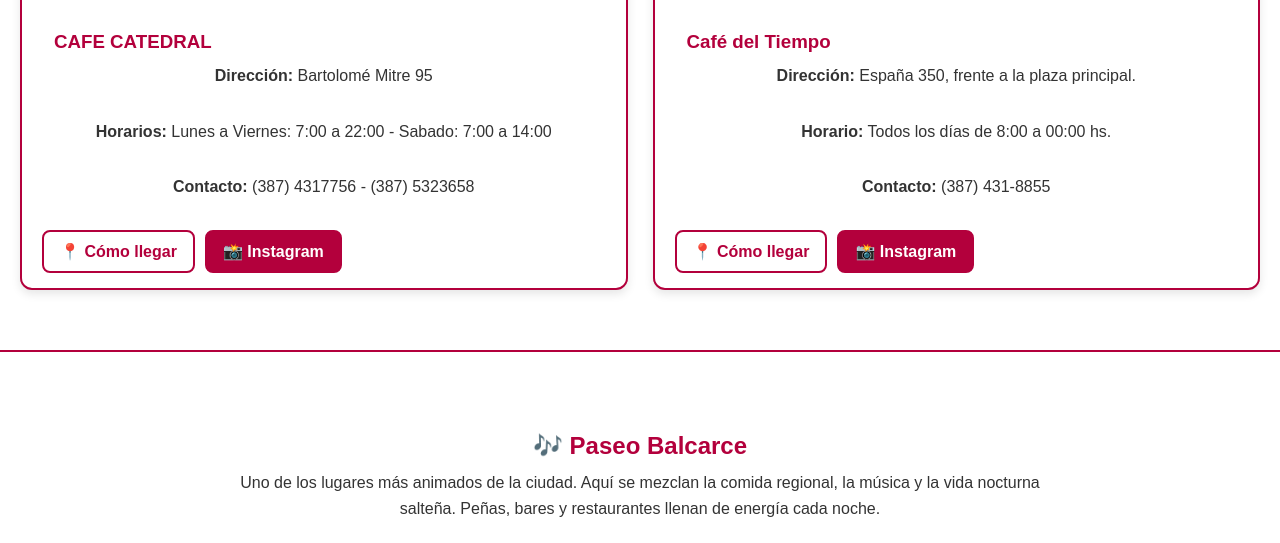
Repository: nahir95/come-en-salta
Page: restaurantes.html
An editor plug-in stored every save of this project. The page is shown before and after the next save, followed by the edit.
The browser window is 1280 px wide. The pictures show the part of the page from y = 735 to 1278 px (the page is 3278 px tall before and 3268 px after).
Pictures or frames that could not be fetched are drawn as grey boxes.

Above is the page before, as saved 2025-11-11 15:10:24.

### restaurantes.html
<!doctype html>
<html lang="es">
<head>
  <meta charset="utf-8" />
  <meta name="viewport" content="width=device-width, initial-scale=1" />
  <title>Restaurantes - Comé en Salta</title>
  <link rel="stylesheet" href="style.css">
</head>

<body>
  <header>
    <h1>Comé en Salta</h1>
    <nav>
      <a href="index.html">Inicio</a>
      <a href="restaurantes.html">Restaurantes</a>
      <a href="penas.html">Peñas</a>
      <a href="#contacto">Contacto</a>
    </nav>
  </header>

  <main class="restaurantes">
    <section class="intro">
      <h2>Los mejores lugares para disfrutar en Salta</h2>
      <p>Explorá los sabores salteños en cada rincón de la ciudad. Desde el corazón histórico hasta los paseos más modernos, la gastronomía local te invita a vivir experiencias únicas.</p>
    </section>

    <!-- PLAZA 9 DE JULIO -->
<section id="plaza9" class="zona">
  <h2>🍽️ Plaza 9 de Julio</h2>
  <p>El corazón histórico de Salta ofrece restaurantes con encanto colonial, ideales para disfrutar de la gastronomía local frente a la plaza principal.</p>

  <div class="zona-grid">

    <!-- Restaurante 1 -->
    <article class="card restaurante">
      <img src="imagenes/cafe-catedral.jpeg" alt="El Solar del Convento">
      <div class="card-content">
        <h3>CAFE CATEDRAL</h3>
        <p><strong>Dirección:</strong> Bartolomé Mitre 95</p>
        <p><strong>Horarios:</strong> Lunes a Viernes: 7:00 a 22:00 - Sabado: 7:00 a 14:00</p>
        <p><strong>Contacto:</strong> (387) 4317756 - (387) 5323658</p>
        <div class="btns-resto">
          <a href="https://maps.app.goo.gl/VMKrjFsvunXBDcr2A" target="_blank" class="btn">📍 Cómo llegar</a>
          <a href="https://www.instagram.com/cafecatedral_?igsh=MnE1amYwa3dqeDF6" target="_blank" class="btn btn-secundario">📸 Instagram</a>
        </div>
      </div>
    </article>

    <!-- Restaurante 2 -->
    <article class="card restaurante">
      <img src="https://images.unsplash.com/photo-1565299624946-b28f40a0ae38?w=800" alt="Café del Tiempo">
      <div class="card-content">
        <h3>Café del Tiempo</h3>
        <p><strong>Dirección:</strong> España 350, frente a la plaza principal.</p>
        <p><strong>Horario:</strong> Todos los días de 8:00 a 00:00 hs.</p>
        <p><strong>Contacto:</strong> (387) 431-8855</p>
        <div class="btns-resto">
          <a href="https://maps.app.goo.gl/aVRKk2ktTgN1WvZt8" target="_blank" class="btn">📍 Cómo llegar</a>
          <a href="https://www.instagram.com/cafedeltiemposalta" target="_blank" class="btn btn-secundario">📸 Instagram</a>
        </div>
      </div>
    </article>

  </div>
</section>


    <!-- PASEO BALCARCE -->
    <section id="balcarce" class="zona">
      <h2>🎶 Paseo Balcarce</h2>
      <p>Uno de los lugares más animados de la ciudad. Aquí se mezclan la comida regional, la música y la vida nocturna salteña. Peñas, bares y restaurantes llenan de energía cada noche.</p>

      <div class="zona-grid">
        <article class="card">
          <img src="https://images.unsplash.com/photo-1528605248644-14dd04022da1?w=800" alt="Paseo Balcarce Salta">
          <h3>La Vieja Estación</h3>
          <p>Tradicional peña y restaurante con show en vivo. Ideal para probar empanadas y locro.</p>
        </article>
        <article class="card">
          <img src="https://images.unsplash.com/photo-1600891964599-f61ba0e24092?w=800" alt="Restaurante moderno en Balcarce">
          <h3>La Monumental</h3>
          <p>Restaurante moderno con opciones gourmet y coctelería de autor.</p>
        </article>
      </div>
    </section>

    <!-- PASEO GÜEMES -->
    <section id="guemes" class="zona">
      <h2>🍷 Paseo Güemes</h2>
      <p>La zona joven y moderna de Salta. Ideal para quienes buscan cocina contemporánea, bares y terrazas con estilo. Un punto de encuentro entre turistas y locales.</p>

      <div class="zona-grid">
        <article class="card">
          <img src="https://images.unsplash.com/photo-1615719413546-198b25453f85?w=800" alt="Paseo Güemes">
          <h3>El Charrúa</h3>
          <p>Especialidad en carnes a la parrilla y vinos de altura. Un clásico salteño imperdible.</p>
        </article>
        <article class="card">
          <img src="https://images.unsplash.com/photo-1551218808-94e220e084d2?w=800" alt="Café moderno">
          <h3>Baco Resto Bar</h3>
          <p>Ambiente moderno y excelente coctelería, ideal para compartir entre amigos.</p>
        </article>
      </div>
    </section>

    <!-- CADENAS DE COMIDAS RÁPIDAS -->
    <section id="rapidas" class="zona">
      <h2>🍔 Cadenas de Comidas Rápidas</h2>
      <p>También hay opciones para quienes buscan algo rápido y conocido. Las principales cadenas se encuentran cerca del centro y los shoppings.</p>

      <ul class="lista-rapidas">
        <li>McDonald’s – Shopping Alto NOA</li>
        <li>Burger King – Caseros 500</li>
        <li>Mostaza – Paseo Güemes</li>
        <li>Subway – Balcarce 50</li>
      </ul>
    </section>

    <!-- EXTRA: RESTAURANTES DESTACADOS -->
    <section id="destacados" class="zona">
      <h2>⭐ Recomendados por los turistas</h2>
      <p>Según visitantes y locales, estos son algunos de los restaurantes imperdibles para vivir la experiencia completa de la gastronomía salteña.</p>
      <div class="zona-grid">
        <article class="card">
          <img src="https://images.unsplash.com/photo-1504674900247-0877df9cc836?w=800" alt="Empanadas salteñas">
          <h3>Doña Salta</h3>
          <p>Empanadas caseras, locro y guisos típicos en un ambiente colonial.</p>
        </article>
        <article class="card">
          <img src="https://images.unsplash.com/photo-1601924582971-c8b28a3a13f1?w=800" alt="Locro salteño">
          <h3>El Patio de la Empanada</h3>
          <p>Conocido por su sabor auténtico y precios populares. Ideal para turistas.</p>
        </article>
      </div>
    </section>
  </main>

  <footer>
    Creado con ❤️ por Comé en Salta · 2025
  </footer>
</body>
</html>

### style.css
/* ==========================
   ESTILOS GENERALES
========================== */
body {
  margin: 0;
  font-family: 'Poppins', sans-serif;
  background-color: #fff;
  color: #000;
}

/* ==========================
   HEADER
========================== */
header {
  display: flex;
  justify-content: space-between;
  align-items: center;
  background-color: #fff;
  padding: 15px 30px;
  border-bottom: 3px solid #b3003c;
}

header h1 {
  color: #b3003c;
  font-size: 1.6rem;
}

nav {
  display: flex;
  gap: 25px;
}

nav a {
  text-decoration: none;
  color: #000;
  font-weight: 600;
  transition: color 0.3s ease;
}

nav a:hover {
  color: #b3003c;
}

/* ==========================
   CARRUSEL (HERO)
========================== */
.hero {
  position: relative;
  width: 100%;
  overflow: hidden;
}

.carousel-container {
  position: relative;
  width: 100%;
  height: 80vh;
}

.carousel {
  display: flex;
  width: 300%;
  transition: transform 0.8s ease-in-out;
}

.carousel img {
  width: 100%;
  height: 80vh;
  object-fit: cover;
  filter: brightness(0.7);
}

/* Botones del carrusel */
.btn-carrusel {
  position: absolute;
  top: 50%;
  transform: translateY(-50%);
  background-color: rgba(179, 0, 60, 0.8);
  color: white;
  border: none;
  font-size: 2rem;
  padding: 10px 15px;
  cursor: pointer;
  border-radius: 50%;
  transition: background 0.3s ease;
}

.btn-carrusel:hover {
  background-color: #b3003c;
}

#prev { left: 20px; }
#next { right: 20px; }

/* Texto sobre el carrusel */
.overlay {
  position: absolute;
  top: 50%;
  left: 50%;
  transform: translate(-50%, -50%);
  color: white;
  text-align: center;
  text-shadow: 0 2px 5px rgba(0,0,0,0.7);
}

.overlay h2 {
  font-size: 2rem;
  color: #fff;
  margin-bottom: 10px;
}

.overlay p {
  font-size: 1.2rem;
}

/* ==========================
   SECCIÓN INICIO
========================== */
.inicio {
  text-align: center;
  padding: 80px 20px;
  background-color: #fff;
}

.inicio h2 {
  color: #b3003c;
  font-size: 2rem;
  margin-bottom: 15px;
}

.inicio p {
  max-width: 800px;
  margin: 0 auto 30px auto;
  color: #333;
  line-height: 1.6;
}

/* BOTONES PRINCIPALES */
.inicio-buttons .btn {
  display: inline-block;
  margin: 10px;
  padding: 12px 24px;
  border: 2px solid #b3003c;
  border-radius: 8px;
  color: #b3003c;
  background: transparent;
  text-decoration: none;
  font-weight: 600;
  transition: all 0.3s ease;
}

.inicio-buttons .btn:hover {
  background: #b3003c;
  color: white;
}
/* ==========================
   SECCIÓN "POR QUÉ COMER EN SALTA"
========================== */
.porque {
  text-align: center;
  padding: 60px 20px;
  background-color: #f7f7f7;
  border-top: 2px solid #b3003c;
  border-bottom: 2px solid #b3003c;
}

.porque h2 {
  color: #b3003c;
  margin-bottom: 15px;
}

.porque p {
  max-width: 800px;
  margin: auto;
  font-size: 1.1rem;
  color: #333;
  line-height: 1.6;
}

/* ==========================
   SABORES
========================== */
.sabores {
  padding: 60px 20px;
  background-color: #fff;
  text-align: center;
}

.sabores h2 {
  color: #b3003c;
  margin-bottom: 25px;
}

.sabores-grid {
  display: grid;
  grid-template-columns: repeat(auto-fit, minmax(220px, 1fr));
  gap: 25px;
}

.plato {
  background: #fff;
  border-radius: 12px;
  border: 2px solid #b3003c;
  overflow: hidden;
  transition: transform 0.3s ease, box-shadow 0.3s ease;
}

.plato:hover {
  transform: scale(1.05);
  box-shadow: 0 4px 12px rgba(0,0,0,0.15);
}

.plato img {
  width: 100%;
  height: 160px;
  object-fit: cover;
}

.plato h3 {
  padding: 12px;
  color: #b3003c;
}

/* ==========================
   FRASE FINAL
========================== */
.frase {
  background: #b3003c;
  color: white;
  text-align: center;
  padding: 40px 10px;
  font-style: italic;
  font-size: 1.2rem;
}

/* ==========================
   FOOTER
========================== */
footer {
  background-color: #fff;
  color: #333;
  text-align: center;
  padding: 20px;
  border-top: 3px solid #b3003c;
  font-weight: 500;
}
.carousel-container {
  position: relative;
  overflow: hidden;
  width: 100%;
  height: 400px;
}

.carousel {
  display: flex;
  transition: transform 1s ease;
  width: 100%;
  height: 100%;
}

.carousel img {
  flex: 0 0 100%;
  width: 100%;
  height: 100%;
  object-fit: cover;
}
/* ==========================
   RESTAURANTES
========================== */
.restaurantes .intro {
  text-align: center;
  padding: 60px 20px;
}

.restaurantes .intro h2 {
  color: #b3003c;
  margin-bottom: 10px;
}

.restaurantes .zona {
  padding: 60px 20px;
  border-top: 2px solid #b3003c;
  background-color: #fff;
}

.restaurantes .zona h2 {
  color: #b3003c;
  margin-bottom: 10px;
  text-align: center;
}

.restaurantes .zona p {
  text-align: center;
  max-width: 800px;
  margin: 0 auto 30px auto;
  line-height: 1.6;
  color: #333;
}

.zona-grid {
  display: grid;
  grid-template-columns: repeat(auto-fit, minmax(250px, 1fr));
  gap: 25px;
}

.card {
  background: #fff;
  border: 2px solid #b3003c;
  border-radius: 10px;
  overflow: hidden;
  transition: transform 0.3s ease, box-shadow 0.3s ease;
}

.card:hover {
  transform: scale(1.05);
  box-shadow: 0 4px 12px rgba(0,0,0,0.15);
}

.card img {
  width: 100%;
  height: 180px;
  object-fit: cover;
}

.card h3 {
  margin: 12px;
  color: #b3003c;
}

.card p {
  margin: 0 12px 15px 12px;
  color: #333;
}

.lista-rapidas {
  max-width: 600px;
  margin: 0 auto;
  list-style: none;
  padding: 0;
  text-align: center;
}

.lista-rapidas li {
  background: #f8f8f8;
  border: 1px solid #b3003c;
  padding: 10px;
  border-radius: 6px;
  margin-bottom: 8px;
  color: #333;
  transition: background 0.3s;
}

.lista-rapidas li:hover {
  background: #b3003c;
  color: white;
}

/* === Tarjetas de restaurantes con info === */
.restaurante {
  background: #fff;
  border: 2px solid #b3003c;
  border-radius: 12px;
  overflow: hidden;
  box-shadow: 0 4px 10px rgba(0,0,0,0.1);
  transition: transform 0.3s ease, box-shadow 0.3s ease;
}

.restaurante:hover {
  transform: translateY(-5px);
  box-shadow: 0 6px 16px rgba(0,0,0,0.15);
}

.restaurante img {
  width: 100%;
  height: 200px;
  object-fit: cover;
}

.restaurante .card-content {
  padding: 15px 20px;
}

.restaurante h3 {
  color: #b3003c;
  margin-bottom: 10px;
}

.restaurante p {
  color: #333;
  margin: 5px 0;
}

.btns-resto {
  display: flex;
  flex-wrap: wrap;
  gap: 10px;
  margin-top: 15px;
}

.btns-resto .btn {
  display: inline-block;
  padding: 10px 16px;
  border: 2px solid #b3003c;
  border-radius: 8px;
  text-decoration: none;
  color: #b3003c;
  font-weight: 600;
  transition: all 0.3s ease;
}

.btns-resto .btn:hover {
  background: #b3003c;
  color: #fff;
}

.btns-resto .btn-secundario {
  background: #b3003c;
  color: #fff;
}

.btns-resto .btn-secundario:hover {
  background: transparent;
  color: #b3003c;
}

After the next save:
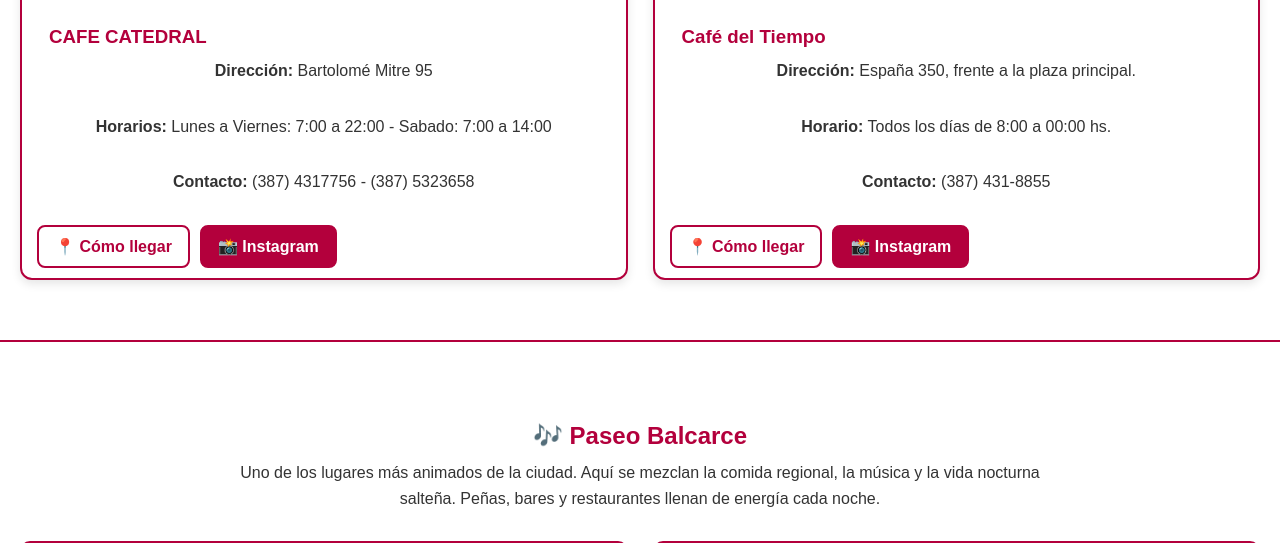
Saved 9 h 46 min later.
--- a/style.css
+++ b/style.css
@@ -376,7 +376,7 @@
 }
 
 .restaurante .card-content {
-  padding: 15px 20px;
+  padding: 10px 15px;
 }
 
 .restaurante h3 {

After the save that followed:
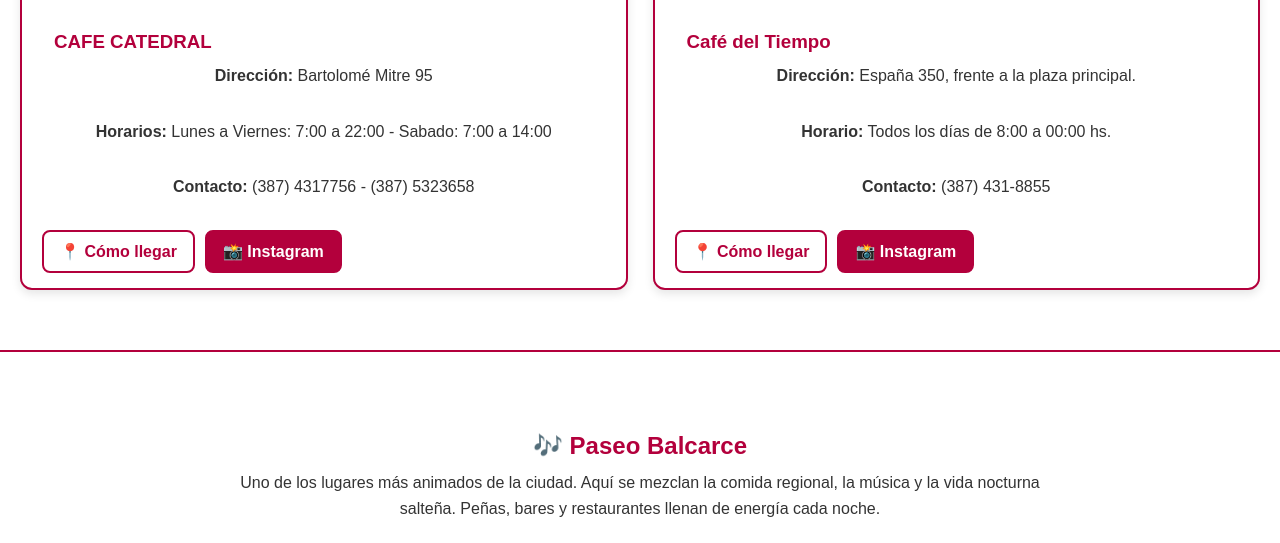
Saved 96 s later.
--- a/style.css
+++ b/style.css
@@ -376,7 +376,7 @@
 }
 
 .restaurante .card-content {
-  padding: 10px 15px;
+  padding: 15px 20px;
 }
 
 .restaurante h3 {
